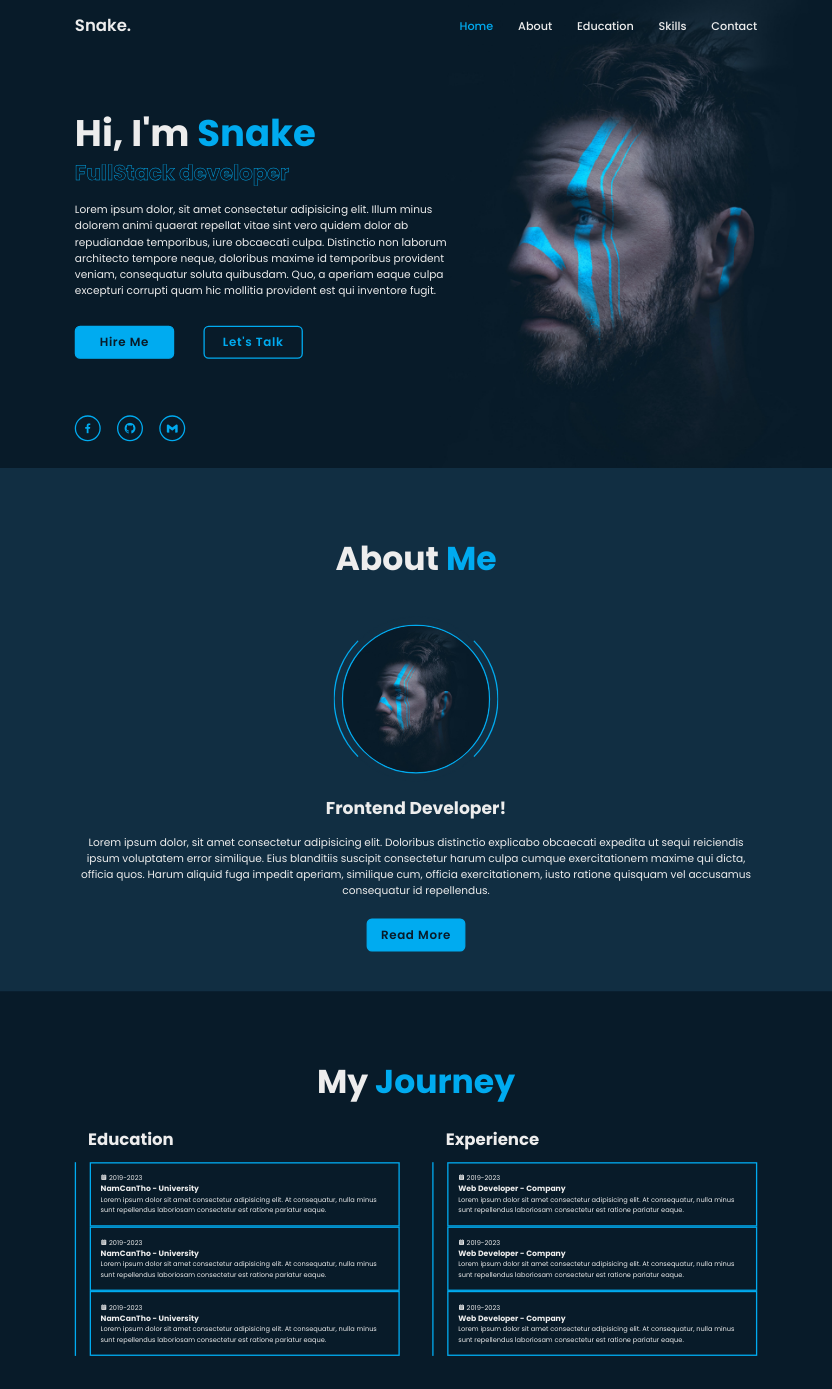
Repository: Tanty102/About_Me
Page: index.html
An editor plug-in stored every save of this project. The page is shown before and after a run of saves, followed by the edit.
The browser window is 1280 px wide. The pictures show the whole page, at 65% of full size.

Above is the page before, as saved 2023-09-12 18:38:47.

After the next 4 saves:
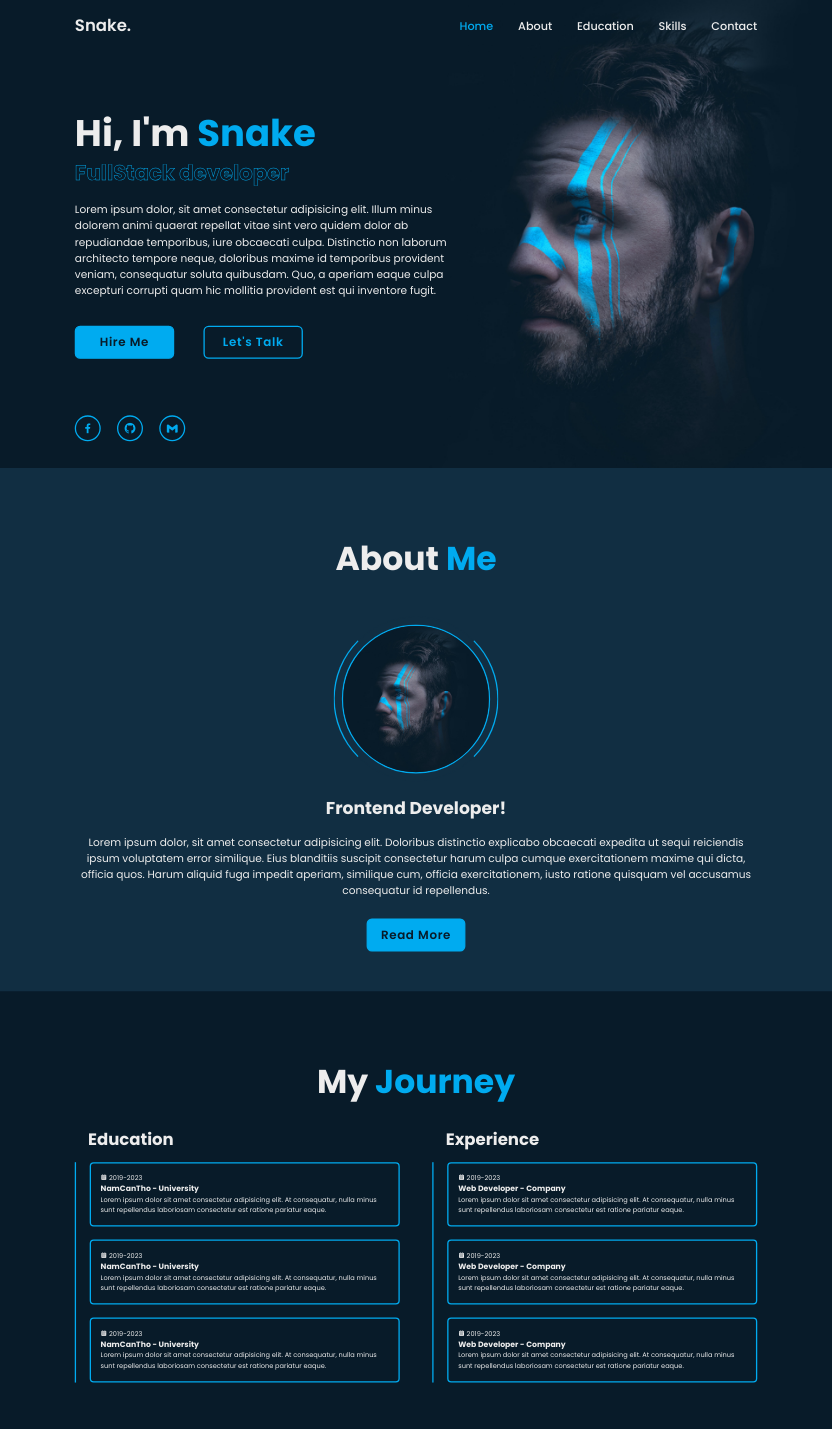
The 4 saves are shown as one change because they came seconds apart.
The last was saved 10 s later.
--- a/style.css
+++ b/style.css
@@ -335,5 +335,6 @@ span {
   position: relative;
   padding: 1.5rem;
   border: .2rem solid var(--main-color);
-  border-radius: ;
-}
+  border-radius: .6rem;
+  margin-bottom: 2rem;
+}
